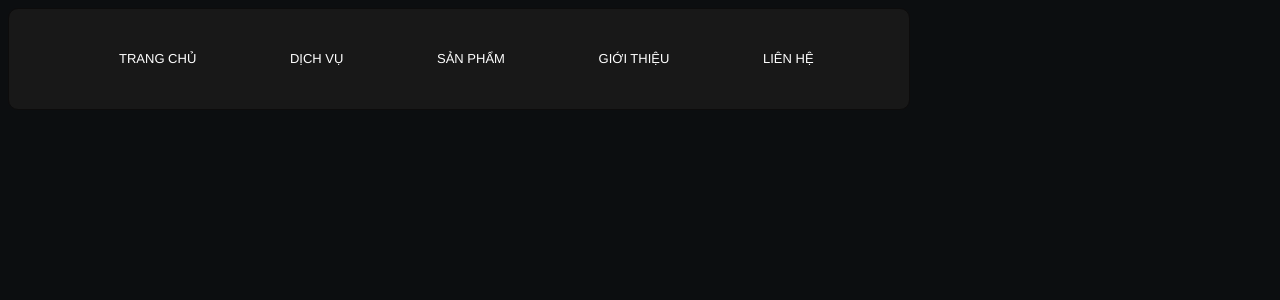
Repository: andytrn0/ElectronJS
Page: GUI/index.html
The author's editor kept a copy of each file at every save. The page is drawn from the files as they stood at one save, then again after a run of saves.
The browser window is 1280 px wide. The pictures show the whole page.

Above is the page before, as saved 2024-10-15 14:04:12.

After the next 2 saves:
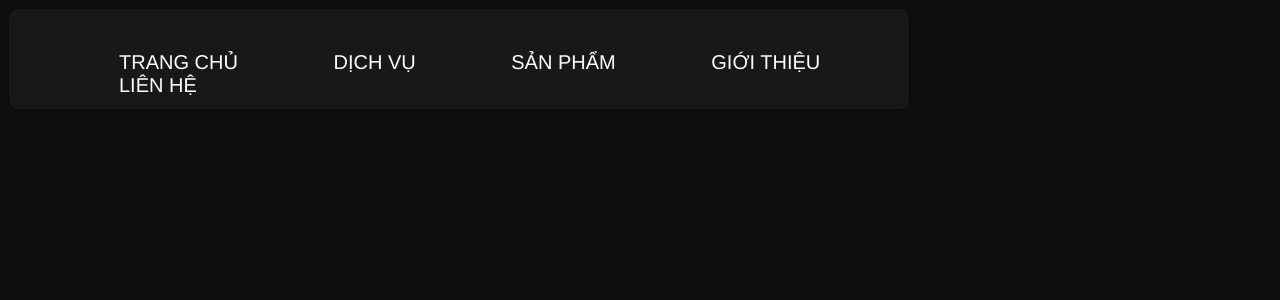
The 2 saves are shown as one change because they came seconds apart.
The last was saved 47 s later.
--- a/CSS/index.css
+++ b/CSS/index.css
@@ -9,7 +9,7 @@
  height: 100px;
  background-color: #181818;
  font-family: Helvetica, sans-serif;
- font-size: 13px;
+ font-size: 20px;
  border-radius: 10px;
  -moz-border-radius: 10px;
  -webkit-border-radius: 10px;
